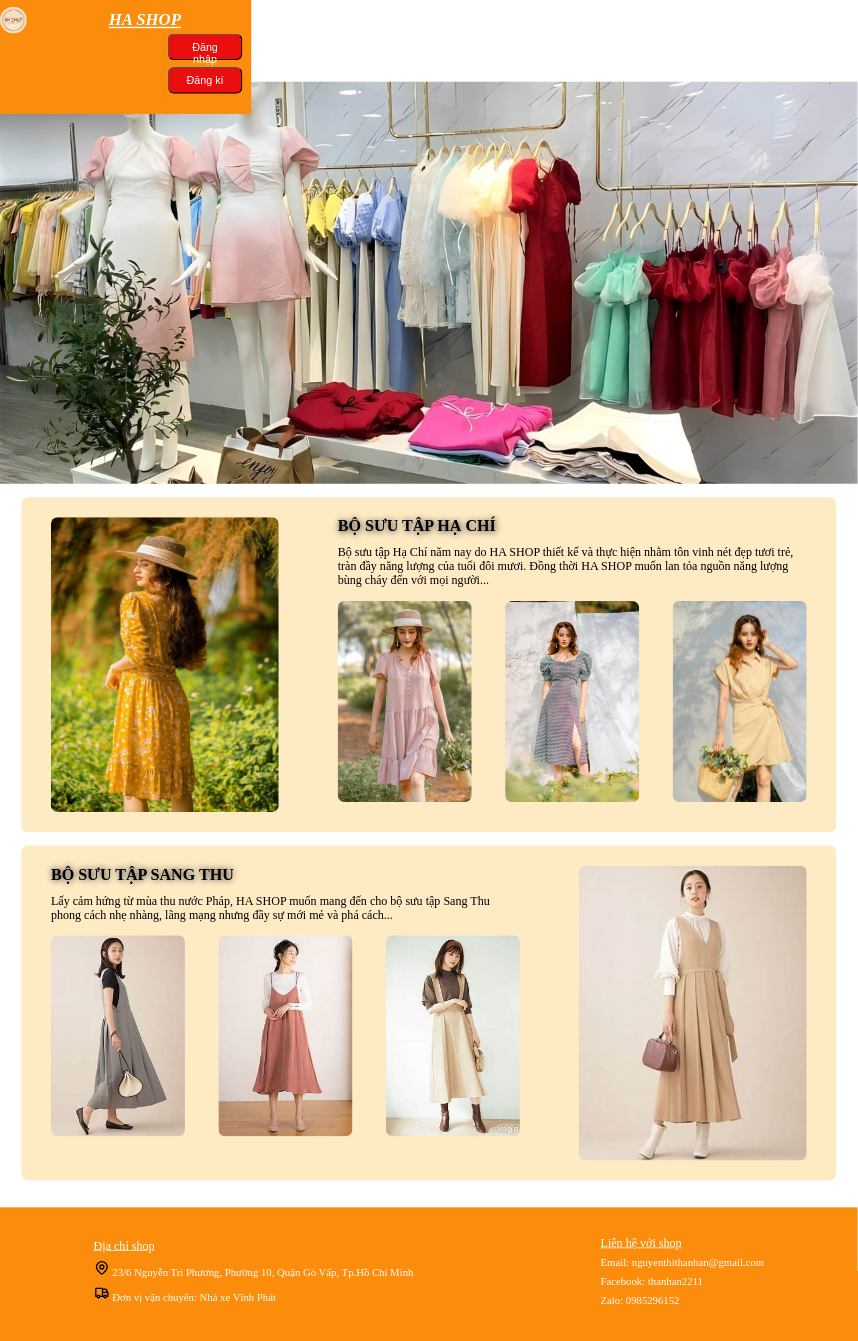
Repository: manhhieu120499/Project_ShopQuanAo
Page: index.html
The author's editor kept a copy of each file at every save. The page is drawn from the files as they stood at one save, then again after the next save.
The browser window is 1280 px wide. The pictures show the whole page, at 67% of full size.

Above is the page before, as saved 2023-04-07 23:07:00.

### index.html
<!DOCTYPE html>
<html lang="en">

<head>
    <meta charset="UTF-8" />
    <meta http-equiv="X-UA-Compatible" content="IE=edge" />
    <meta name="viewport" content="width=device-width, initial-scale=1.0" />
    <title>Document</title>
    <link rel="stylesheet" href="/css/style_trangchu.css">
    <link rel="stylesheet" href="/responsive/responsive_trangchu.css">
</head>

<body>
    <div class="wrap">
        <div class="header">
            <div class="left-header">
                <img src="/image/image_trangchu/Thời trang hiện dại.png" alt="logo_shop" class="picture"/>
                <h2 class="shop_name">HA SHOP</h2>
            </div>

            <div class="right-header">
                <div class="link">
                    <a href="#">Trang Chủ</a>
                    <a href="http://127.0.0.1:5501/html/ban_hang.html">Cửa Hàng</a>
                    <a href="#">Liên hệ</a>
                </div>
                 <div class="btn">
                     <button>Đăng nhập</button>
                     <button>Đăng kí</button>
                 </div>
            </div>

        </div>

        <div class="slide_bar">
            <img src="/image/image_trangchu/slide.jpg" alt="slide_picture">
        </div>

        <div class="album">
            <div class="album_one">
                <div class="left_picture">
                     <img src="/image/image_trangchu/10.jpg" alt="picture_ha_chi">
                </div>
                <div class="right_description">
                      <h2 class="title_album">BỘ SƯU TẬP HẠ CHÍ</h2>
                      <p class="desc">   Bộ sưu tập Hạ Chí năm nay do HA SHOP thiết kế và thực hiện nhằm tôn vinh nét đẹp tươi trẻ, tràn đầy năng lượng của tuổi đôi mươi. Đồng thời HA SHOP muốn lan tỏa nguồn năng lượng bùng cháy đến với mọi người...</p>
                      <div class="picture_etc">
                        <img src="/image/image_trangchu/11.jpg" alt="picture_ha_chi">
                        <img src="/image/image_trangchu/12.jpg" alt="picture_ha_chi">
                        <img src="/image/image_trangchu/13.jpg" alt="picture_ha_chi">
                      </div>
                </div>

            </div>

            <div class="album_two album_one ">
                <div class="right_description">
                    <h2 class="title_album">BỘ SƯU TẬP SANG THU</h2>
                    <p class="desc">   Lấy cảm hứng từ mùa thu nước Pháp, HA SHOP muốn mang đến cho bộ sưu tập Sang Thu phong cách nhẹ nhàng, lãng mạng nhưng đầy sự mới mẻ và phá cách...</p>
                    <div class="picture_etc">
                        <img src="/image/image_trangchu/5.jpg" alt="picture_sang_thu">
                        <img src="/image/image_trangchu/8.jpg" alt="picture_sang_thu">
                        <img src="/image/image_trangchu/6.jpg" alt="picture_sang_thu">
                    </div>
                </div>
                <div class="left_picture">
                     <img src="/image/image_trangchu/3.jpg" alt="picture_sang_thu">
                </div>

            </div>
        </div>

        <div class="footer">
            <div class="left_footer">
                  <p class="address">Địa chỉ shop</p>
                  <p>
                    <a class="icon">
                        <svg xmlns="http://www.w3.org/2000/svg" class="icon icon-tabler icon-tabler-map-pin" width="24" height="24" viewBox="0 0 24 24" stroke-width="2" stroke="currentColor" fill="none" stroke-linecap="round" stroke-linejoin="round">
                            <path stroke="none" d="M0 0h24v24H0z" fill="none"></path>
                            <path d="M12 11m-3 0a3 3 0 1 0 6 0a3 3 0 1 0 -6 0"></path>
                            <path d="M17.657 16.657l-4.243 4.243a2 2 0 0 1 -2.827 0l-4.244 -4.243a8 8 0 1 1 11.314 0z"></path>
                         </svg>
                    </a>
                     23/6 Nguyễn Tri Phương, Phường 10, Quận Gò Vấp, Tp.Hồ Chí Minh
                  </p>
                  <p>
                    <a>
                        <svg xmlns="http://www.w3.org/2000/svg" class="icon icon-tabler icon-tabler-truck" width="24" height="24" viewBox="0 0 24 24" stroke-width="2" stroke="currentColor" fill="none" stroke-linecap="round" stroke-linejoin="round">
                            <path stroke="none" d="M0 0h24v24H0z" fill="none"></path>
                            <path d="M7 17m-2 0a2 2 0 1 0 4 0a2 2 0 1 0 -4 0"></path>
                            <path d="M17 17m-2 0a2 2 0 1 0 4 0a2 2 0 1 0 -4 0"></path>
                            <path d="M5 17h-2v-11a1 1 0 0 1 1 -1h9v12m-4 0h6m4 0h2v-6h-8m0 -5h5l3 5"></path>
                         </svg>
                         Đơn vị vận chuyển: Nhà xe Vĩnh Phát
                    </a>
                  </p>
            </div>
            <div class="right_footer">
                 <p class="address">Liên hệ với shop</p>
                 <p>Email: nguyenthithanhan@gmail.com</p>
                 <p>Facebook: thanhan2211</p>
                 <p>Zalo: 0985296152</p>
            </div>

        </div>
    </div>

</body>

</html>

### css/style_trangchu.css
* {
    margin: 0;
    box-sizing: border-box;
}

.wrap {
    display: flex;
    flex-direction: column;
    width: 100%;
    height: 100%;
}


.header {
    background-color: #FC8D0C;
    display: flex;
    justify-content: space-around;
    position: fixed;
    width: 100%;
    top: 0;
    left: 0;
    padding: 10px 0;
    z-index: 1;
}

.left-header {
    width: 270px;
    display: flex;
    align-items: center;
    justify-content: space-between;
}

.left-header .picture {
    width: 100px;
    height: 100px;
    border-radius: 50%;
}

.left-header .shop_name {
    color: white;
    font-size: 25px;
    text-decoration: underline;
    font-style: italic;
}

.right-header .link {
    width: 400px;
    display: flex;
    justify-content: space-between;
}

.right-header .link a:hover {
    color: black;
}

.right-header .link > a {
    color: white;
    text-decoration: none;
    font-size: 25px;
    /* padding: 10px 35px; */
}

.right-header {
    width: 800px;
    display: flex;
    align-items: flex-end;
    margin-bottom: 20px;
    justify-content: space-between;
}

.right-header .btn {
    display: flex;
    justify-content: space-between;
    width: 300px;
}

.right-header .btn > button {
    background-color: #EA0E0E;
    padding: 10px 15px;
    border-radius: 10px;
    font-size: 16px;
    color: white;
    width: 200px;
    height: 40px;
    margin-left: 10px;
}



/* slide bar*/
.slide_bar {
    margin-top: 122px;
    height: 400px;
}
.slide_bar > img{
    width: 100%;
    object-fit: cover;
    height: 600px;
    display: block;
    margin-bottom: 20px;
}

/*album bo suu tap*/
.album {
    display: flex;
    width: calc(100% - 32px);
    flex-direction: column;
}
.album_one {
    margin-top: 220px;
    width: calc(100% - 32px);
    margin-left: 32px;
    height: 500px;
    background-color: #FEEAC3;
    display: flex;
    justify-content: space-around;
    align-items: center;
    border-radius: 10px;

}

.left_picture {
    width: 340px;
    height: 440px;
}
.left_picture img{
    width: 340px;
    height: 440px;
    border-radius: 10px;
}

.left_picture img:hover {
    transform: scale(1.1);
    transition: ease all 0.7s;
}

.right_description {
    width: 700px;
    height: 440px;
    display: flex;
    flex-direction: column;
}

.right_description > .picture_etc{
    display: flex;
    align-items: center;
    justify-content: space-between;
}

.right_description > .picture_etc > img {
    width: 200px;
    height: 300px;
    border-radius: 10px;
    object-fit: cover;
    margin-top: 10px;
}

.right_description > .picture_etc > img:hover {
    transform: scale(1.1);
    transition: ease all 0.7s;
}

.right_description .title_album {
    font-weight: 600px;
    margin-bottom: 15px;
    text-shadow: 1px 1px 10px #222;
}

.right_description .desc {
    font-size: 18px;
    text-align: start;
    margin-bottom: 10px;
}

.album .album_two {
    margin-top: 20px;
}

/*footer*/
.footer {
    margin-top: 40px;
    width: 100%;
    height: 200px;
    background-color: #FC8D0C;
    display: flex;
    justify-content: space-around;
    align-items: center;
    color: white;
}

.footer .left_footer {
    display: flex;
    flex-direction: column;
}

.left_footer p {
    margin-bottom: 10px;
}

.left_footer .address {
    text-decoration: underline;
    font-size: 18px;
}

.footer .right_footer {
    display: flex;
    flex-direction: column;
}

.right_footer p {
    margin-bottom: 10px;
}

.right_footer .address {
    text-decoration: underline;
    font-size: 18px;
}

.footer svg {
    color: black;
}

### responsive/responsive_trangchu.css
/*ipad pro*/
@media only screen and (max-width: 1024px){
    .left-header {
        width: 230px;
        margin-left: 20px;
    }

    .right-header .link {
        width: 350px;
        margin-left: 60px;
    }

    .btn {
        margin-right: 30px;
    }

    .album_one .left_picture{
        width: 250px;
        height: 350px;
        margin-left: 12px;
    }
    .album_one .left_picture > img {
        width: 100%;
        height: 100%;
    }


    .album_one .right_description {
        width: 650px;
        margin-right: 20px;
    }


    .right_description > .picture_etc > img {
        width: 200px;
        height: 250px;
    }

    .right_description .desc{
        text-align: justify;
    }

    .album_two .left_picture {
        margin-right: 24px;
    }

    .album_two .right_description {
        margin-left: 20px;
    }
}

/*iphone x*/
@media only screen and (min-width: 375px) {
    .header {
        width: 375px;
        display: flex;
        flex-direction: column;
        align-items: flex-start;

    }
    .right-header .link {
        width: 0;
    }

    .right-header .link > a{
        display: none;
    }

    .left-header .picture {
        width: 40px;
        height: 40px;
    }

    .right-header {

    }
    .right-header .btn {
        width: 70%;
       display: flex;
       flex-direction: column;
       gap: 10px;
    }

    .right-header .btn > button{
       width: 20%;
       height: 40px;
       font-size: 16px;
       text-align: center;
    }
}

After the next save:
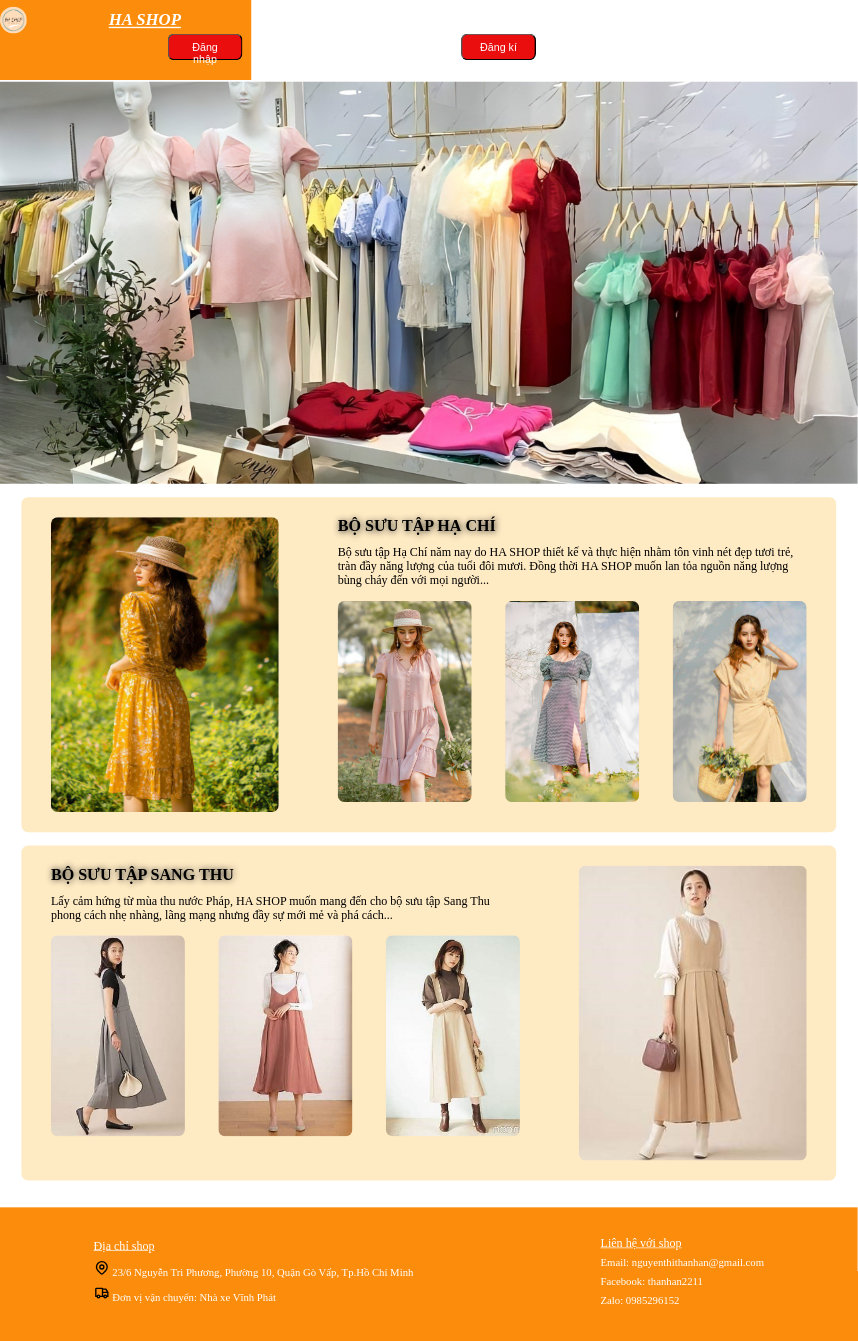
Saved 20 s later.
--- a/responsive/responsive_trangchu.css
+++ b/responsive/responsive_trangchu.css
@@ -77,8 +77,7 @@
     .right-header .btn {
         width: 70%;
        display: flex;
-       flex-direction: column;
-       gap: 10px;
+
     }
 
     .right-header .btn > button{
